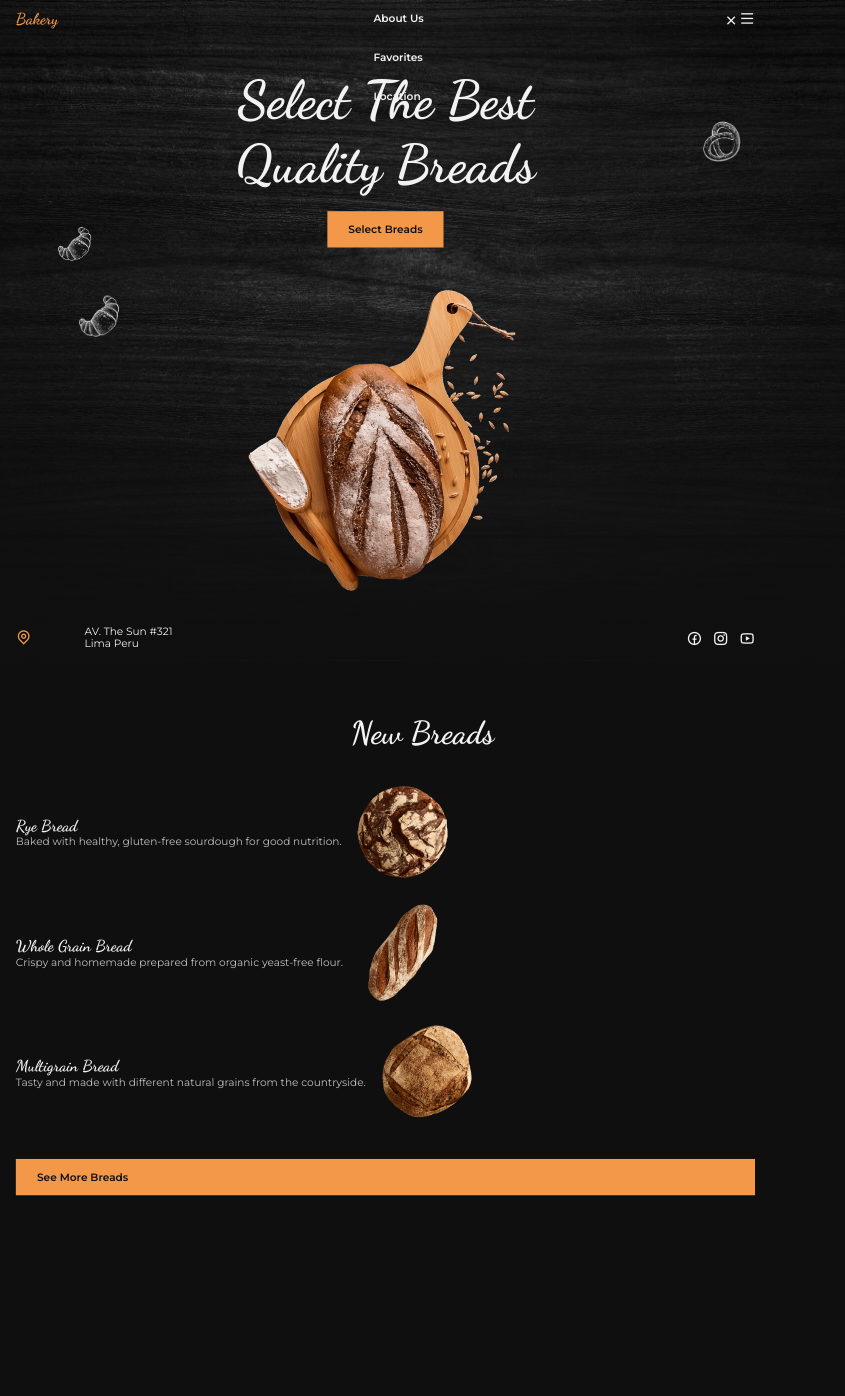
Repository: KinD2704/Web-University
Page: Buổi 8/B8/index.html
An editor plug-in stored every save of this project. The page is shown before and after a run of saves, followed by the edit.
The browser window is 1280 px wide. The pictures show the whole page, at 66% of full size.
Some web libraries are served in a nearby version.

Above is the page before, as saved 2024-01-30 10:18:09.

### Buổi 8/B8/index.html
<!DOCTYPE html>
<html lang="en">
    <head>
        <meta charset="UTF-8" />
        <meta name="viewport" content="width=device-width, initial-scale=1.0" />

        <!--=============== FAVICON ===============-->
        <link
            rel="shortcut icon"
            href="assets/img/favicon.png"
            type="image/x-icon"
        />

        <!--=============== REMIXICONS ===============-->
        <link
            rel="stylesheet"
            href="https://cdnjs.cloudflare.com/ajax/libs/remixicon/3.7.0/remixicon.css"
        />

        <!--=============== CSS ===============-->
        <link rel="stylesheet" href="assets/css/styles.css" />

        <title>Bakery</title>
    </head>

    <body>
        <!--==================== HEADER ====================-->
        <header class="header" id="header">
            <nav class="nav container">
                <a href="#" class="nav__logo">Bakery</a>

                <div class="nav__menu" id="nav-menu">
                    <ul class="nav__list">
                        <li class="nav__item">
                            <a href="#home" class="nav__link">Home </a>
                        </li>

                        <li class="nav__item">
                            <a href="#new" class="nav__link">News </a>
                        </li>

                        <li class="nav__item">
                            <a href="#about" class="nav__link">About Us</a>
                        </li>

                        <li class="nav__item">
                            <a href="#favorite" class="nav__link">Favorites </a>
                        </li>

                        <li class="nav__item">
                            <a href="#visit" class="nav__link">Location</a>
                        </li>
                    </ul>

                    <!-- close button -->

                    <div class="nav__close" id="nav-close">
                        <i class="ri-close-line"></i>
                    </div>

                    <img
                        src="assets/img/bread-4.png"
                        alt=""
                        class="nav__img-1"
                    />
                    <img
                        src="assets/img/bread-1.png"
                        alt=""
                        class="nav__img-2"
                    />
                </div>
                <!-- Toogle button -->
                <div class="nav__toogle" id="nav-toggle">
                    <i class="ri-menu-fill"></i>
                </div>
            </nav>
        </header>

        <!--==================== MAIN ====================-->
        <main class="main">
            <!--==================== HOME ====================-->
            <section class="home section" id="home">
                <img src="assets/img/home-bg.jpg" alt="img" class="home__bg" />
                <div class="home__shadow"></div>

                <div class="home__container container grid">
                    <div class="home__data">
                        <h1 class="home__title">
                            Select The Best <br />
                            Quality Breads
                        </h1>
                        <a href="" class="button">Select Breads</a>

                        <img
                            src="assets/img/bread-1.png"
                            alt="image"
                            class="home__bread"
                        />
                    </div>

                    <div class="home__image">
                        <img
                            src="assets/img/home-bread.png"
                            alt="image"
                            class="home__img"
                        />
                    </div>

                    <footer class="home__footer">
                        <div class="home__location">
                            <i class="ri-map-pin-line"></i>
                            <span
                                >AV. The Sun #321 <br />
                                Lima Peru</span
                            >
                        </div>

                        <div class="home__social">
                            <a href="https://www.facebook.com/" target="_blank">
                                <i class="ri-facebook-circle-line"></i>
                            </a>
                            <a
                                href="https://www.instagram.com/"
                                target="_blank"
                            >
                                <i class="ri-instagram-line"></i>
                            </a>
                            <a href="https://www.youtube.com/" target="_blank"
                                ><i class="ri-youtube-line"></i>
                            </a>
                        </div>
                    </footer>
                </div>
            </section>

            <!--==================== NEWS ====================-->
            <section class="new section" id="new">
                <h2 class="section__title">New Breads</h2>

                <div class="new__container container grid">
                    <div class="new__content grid">
                        <article class="new__card">
                            <div class="new__data">
                                <h2 class="new__title">Rye Bread</h2>
                                <p class="new__description">
                                    Baked with healthy, gluten-free sourdough
                                    for good nutrition.
                                </p>
                            </div>

                            <img
                                src="assets/img/new-bread-1.png"
                                alt="img"
                                class="new__img"
                            />
                        </article>

                        <article class="new__card">
                            <div class="new__data">
                                <h2 class="new__title">Whole Grain Bread</h2>
                                <p class="new__description">
                                    Crispy and homemade prepared from organic
                                    yeast-free flour.
                                </p>
                            </div>

                            <img
                                src="assets/img/new-bread-2.png"
                                alt="img"
                                class="new__img"
                            />
                        </article>

                        <article class="new__card">
                            <div class="new__data">
                                <h2 class="new__title">Multigrain Bread</h2>
                                <p class="new__description">
                                    Tasty and made with different natural grains
                                    from the countryside.
                                </p>
                            </div>

                            <img
                                src="assets/img/new-bread-3.png"
                                alt="img"
                                class="new__img"
                            />
                        </article>
                    </div>

                    <a href="#" class="new__button button">See More Breads</a>
                </div>
            </section>

            <!--==================== ABOUT ====================-->
            <section class="about section" id="about"></section>

            <!--==================== FAVORITES ====================-->
            <section class="favorite section" id="favorite"></section>

            <!--==================== VISIT ====================-->
            <section class="visit section" id="visit"></section>
        </main>

        <!--==================== FOOTER ====================-->
        <footer class="footer"></footer>

        <!--========== SCROLL UP ==========-->

        <!--=============== SCROLLREVEAL ===============-->
        <script src=""></script>

        <!--=============== MAIN JS ===============-->
        <script src="assets/js/main.js"></script>
    </body>
</html>

### Buổi 8/B8/assets/css/styles.css
/*=============== GOOGLE FONTS ===============*/
@import url("https://fonts.googleapis.com/css2?family=Dancing+Script:wght@700&family=Montserrat:wght@400;600;700&display=swap");

/*=============== VARIABLES CSS ===============*/
:root {
    --header-height: 3.5rem;

    /*========== Colors ==========*/
    /*Color mode HSL(hue, saturation, lightness)*/
    --first-color: hsl(28, 88%, 62%);
    --first-color-alt: hsl(28, 84%, 58%);
    --title-color: hsl(0, 0%, 95%);
    --text-color: hsl(0, 0%, 75%);
    --text-color-light: hsl(0, 0%, 65%);
    --black-color: hsl(0, 0%, 6%);
    --body-color: hsl(0, 0%, 6%);
    --container-color: hsl(0, 0%, 10%);

    /*========== Font and typography ==========*/
    /*.5rem = 8px | 1rem = 16px ...*/
    --body-font: "Montserrat", sans-serif;
    --second-font: "Dancing Script", cursive;
    --biggest-font-size: 3rem;
    --bigger-font-size: 2rem;
    --h1-font-size: 1.5rem;
    --h2-font-size: 1.25rem;
    --h3-font-size: 1rem;
    --normal-font-size: 0.938rem;
    --small-font-size: 0.813rem;

    /*========== Font weight ==========*/
    --font-regular: 400;
    --font-semi-bold: 600;
    --font-bold: 700;

    /*========== z index ==========*/
    --z-tooltip: 10;
    --z-fixed: 100;
}

/*========== Responsive typography ==========*/
@media screen and (min-width: 1150px) {
    :root {
        --biggest-font-size: 5rem;
        --bigger-font-size: 3rem;
        --h1-font-size: 2.25rem;
        --h2-font-size: 1.5rem;
        --h3-font-size: 1.25rem;
        --normal-font-size: 1rem;
        --small-font-size: 0.875rem;
    }
}

/*=============== BASE ===============*/
* {
    box-sizing: border-box;
    padding: 0;
    margin: 0;
}

html {
    scroll-behavior: smooth;
}

body,
button {
    font-family: var(--body-font);
    font-size: var(--normal-font-size);
}

body {
    background-color: var(--body-color);
    color: var(--text-color);
}

button {
    border: none;
    outline: none;
}

h1,
h2,
h3,
h4 {
    color: var(--title-color);
    font-weight: var(--font-bold);
}

ul {
    list-style: none;
}

a {
    text-decoration: none;
}

img {
    display: block;
    max-width: 100%;
    height: auto;
}

/*=============== REUSABLE CSS CLASSES ===============*/
.container {
    max-width: 1120px;
    margin-inline: 1.5rem;
}

.grid {
    display: grid;
    gap: 1.5rem;
}

.section {
    padding-block: 5rem 1rem;
}

.section__title {
    font-size: var(--bigger-font-size);
    font-family: var(--second-font);
    margin-bottom: 1.5rem;
    text-align: center;
}

.main {
    overflow: hidden; /* For animation ScrollReveal */
}

/*=============== HEADER & NAV ===============*/
.header {
    position: fixed;
    width: 100%;
    top: 0;
    left: 0;
    background-color: transparent;
    z-index: var(--z-fixed);
}
nav {
    position: relative;
    height: var(--header-height);
    display: flex;
    justify-content: space-between;
    align-items: center;
}
.nav__logo {
    color: var(--first-color);
    font-size: var(--h2-font-size);
    font-family: var(--second-font);
    transition: color 0.4s;
}
.nav__logo:hover {
    color: var(--first-color-alt);
}
.nav__close,
.nav__toogle {
    font-size: 1.5rem;
    color: var(--title-color);
    cursor: pointer;
}

/* Navigation for mobile devices */
@media screen and (max-width: 1150px) {
    .nav__menu {
        position: fixed;
        top: 0;
        right: -100%;
        background-color: hsla(0, 0%, 6%, 0.2);
        backdrop-filter: blur(16px);
        -webkit-backdrop-filter: blur(16px);
        width: 80%;
        height: 100%;
        padding: 6rem 3rem 0;
        transition: right 0.4s;
    }
}

.nav__list {
    display: flex;
    flex-direction: column;
    row-gap: 2.5rem;
}
.nav__link {
    color: var(--title-color);
    font-weight: var(--font-semi-bold);
    transition: color 0.4s;
}
.nav__link:hover {
    color: var(--first-color);
}
.nav__close,
.nav__img-1,
.nav__img-2 {
    position: absolute;
}
.nav__close {
    top: 1rem;
    right: 1.5rem;
}
.nav__img-1 {
    width: 80px;
    top: 11rem;
    right: 0.75rem;
}
.nav__img-2 {
    width: 60px;
    top: 28rem;
    left: 6rem;
}

/* Show menu */
.show-menu {
    right: 0;
}
/* Add blur header */
.blur-header::after {
    content: "";
    position: absolute;
    width: 1000%;
    height: 100%;
    background-color: hsla(0, 0, 6%, 0.2);
    backdrop-filter: blur(16px);
    -webkit-backdrop-filter: blur(16px);
    top: 0;
    left: 0;
    z-index: -1;
}

/* Active link */

/*=============== HOME ===============*/
.home {
    position: relative;
    padding-top: 6.5rem;
}
.home__container {
    row-gap: 2rem;
}
.home__bg,
.home__shadow {
    position: absolute;
    top: 0;
    left: 0;
    width: 100%;
    height: 100%;
    z-index: -1;
}
.home__bg {
    object-fit: cover;
    object-position: center;
}
.home__shadow {
    background: linear-gradient(
        180deg,
        hsla(0, 0%, 0%, 0) 0%,
        hsl(0, 0%, 6%) 100%
    );
}
.home__data {
    position: relative;
    text-align: center;
}
.home__title {
    font-size: var(--biggest-font-size);
    font-family: var(--second-font);
    margin-bottom: 1.5rem;
}
.home__bread {
    width: 50px;
    position: absolute;
    top: 15rem;
    left: 4rem;
}
.home__image {
    max-width: 400px;
    justify-self: center;
}
.home__img {
    rotate: 15deg;
}
.home__footer,
.home__location,
.home__social {
    display: flex;
}
.home__footer {
    justify-content: space-between;
    align-items: center;
}
.home__location {
    align-items: center;
    column-gap: 5rem;
}
.home__location i {
    font-size: 1.5rem;
    color: var(--first-color);
}
.home__location span {
    color: var(--title-color);
    font-size: var((--small-font-size));
}
.home__social {
    column-gap: 1rem;
}
.home__social a {
    color: var(--title-color);
    font-size: 1.5rem;
    transition: color 0.4s;
}
.home__social a:hover {
    color: var(--first-color);
}
/*=============== BUTTON ===============*/
.button {
    display: inline-flex;
    background-color: var(--first-color);
    color: var(--black-color);
    font-weight: var(--font-semi-bold);
    padding: 1.125rem 2rem;
    transition: background-color 0.4s;
}
.button:hover {
    background-color: var(--first-color-alt);
}
/*=============== NEW ===============*/
.new__container {
    padding-top: 1.5rem;
    row-gap: 3.5rem;
}
.new__content {
    row-gap: 2rem;
}
.new__card {
    display: flex;
    column-gap: 1rem;
    align-items: center;
}
.new__img {
    width: 150px;
}
.new__title {
    font-size: var(--h2-font-size);
    font-family: var(--second-font);
    color: var(--);
}
/*=============== ABOUT ===============*/

/*=============== FAVORITES ===============*/

/*=============== VISIT ===============*/

/*=============== FOOTER ===============*/

/*=============== SCROLL BAR ===============*/

/*=============== SCROLL UP ===============*/

/* Show Scroll Up */

/*=============== BREAKPOINTS ===============*/
/* For small devices */

/* For medium devices */

/* For large devices */

### Buổi 8/B8/assets/js/main.js
/*=============== SHOW MENU ===============*/
const navMenu = document.getElementById("nav-menu"),
    navToggle = document.getElementById("nav-toggle"),
    navClose = document.getElementById("nav-close");

/* Menu show */
if (navToggle) {
    navToggle.addEventListener("click", () => {
        navMenu.classList.add("show-menu");
        console.log("hello");
    });
}

/* Menu hidden */
if (navClose) {
    navClose.addEventListener("click", () => {
        navMenu.classList.remove("show-menu");
    });
}

/*=============== REMOVE MENU MOBILE ===============*/

const navLink = document.querySelectorAll(".nav__link");

const linkAction = () => {
    const navMenu = document.getElementById("nav-menu");
    // When we click on each nav__link, we remove the show-menu class
    navMenu.classList.remove("show-menu");
};

navLink.forEach((n) => n.addEventListener("click", linkAction));

/*=============== ADD BLUR HEADER ===============*/
const blurHeader = () => {
    const header = document.getElementById("header");
    // When the scroll is greater than 50 viewport height, add the blur class to the header tag
    this.scrollY >= 50
        ? header.classList.add("blur-header")
        : header.classList.remove("blur-header");
};
window.addEventListener("scroll", blurHeader);
/*=============== SHOW SCROLL UP ===============*/

/*=============== SCROLL SECTIONS ACTIVE LINK ===============*/

/*=============== SCROLL REVEAL ANIMATION ===============*/

After the next 3 saves:
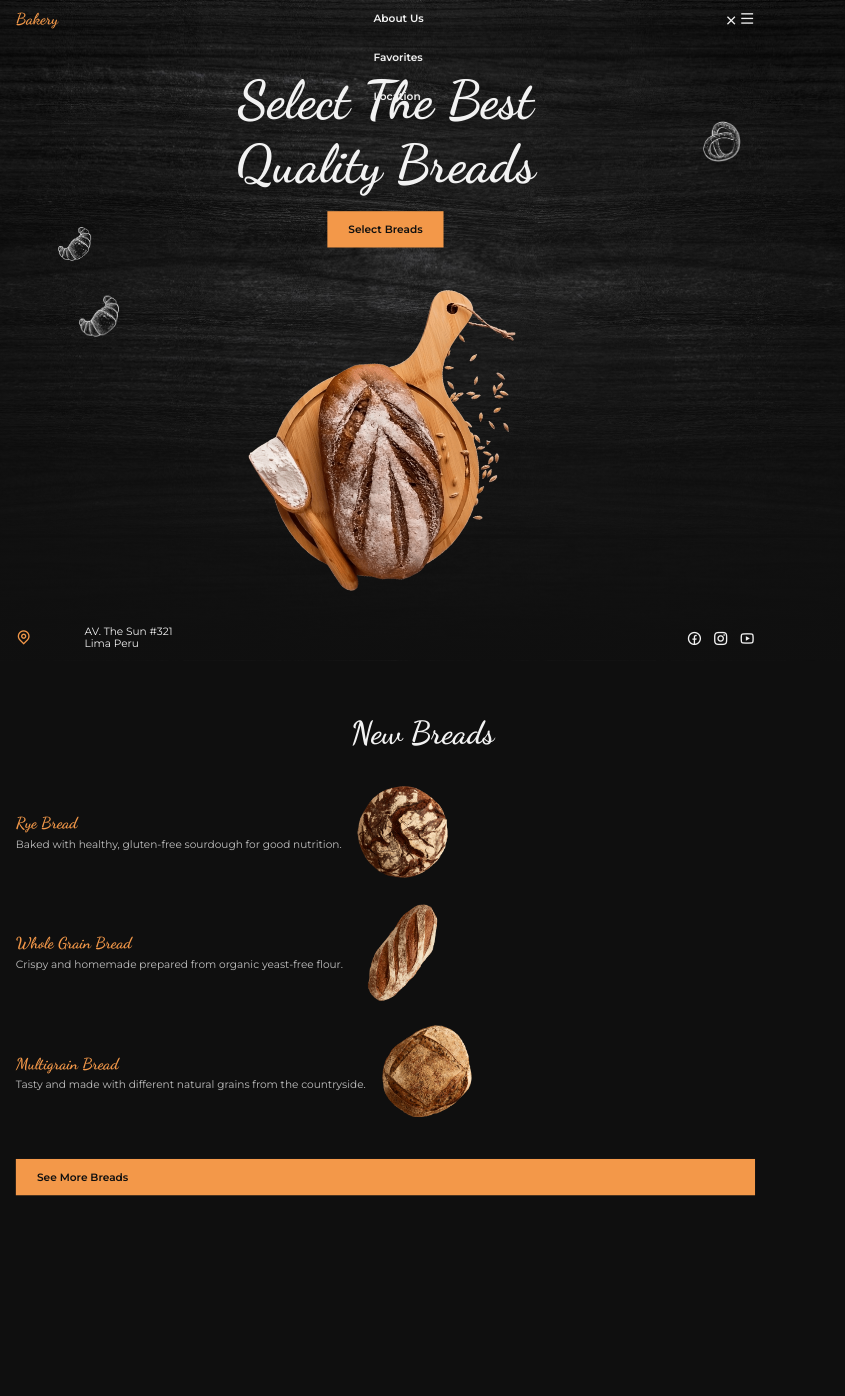
The 3 saves are shown as one change because they came seconds apart.
The last was saved 15 s later.
--- a/Buổi 8/B8/assets/css/styles.css
+++ b/Buổi 8/B8/assets/css/styles.css
@@ -340,7 +340,8 @@
 .new__title {
     font-size: var(--h2-font-size);
     font-family: var(--second-font);
-    color: var(--);
+    color: var(--first-color);
+    margin-bottom: 0.5rem;
 }
 /*=============== ABOUT ===============*/
 
